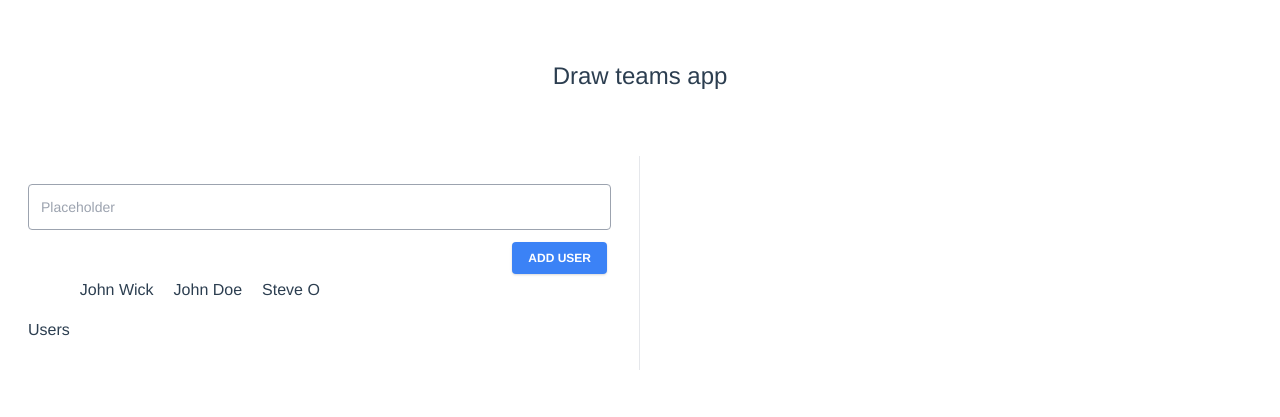
Repository: AlekJanevski/draw-teams-app
Page: /
The author's editor kept a copy of each file at every save. The page is drawn from the files as they stood at one save, then again after the next save.
The browser window is 1280 px wide. The pictures show the whole page.
The project was rebuilt for these pictures with package versions that can differ from the ones it lists, and the page was loaded fresh each time.

Above is the page before, as saved 2021-03-18 21:00:55.

After the next save:
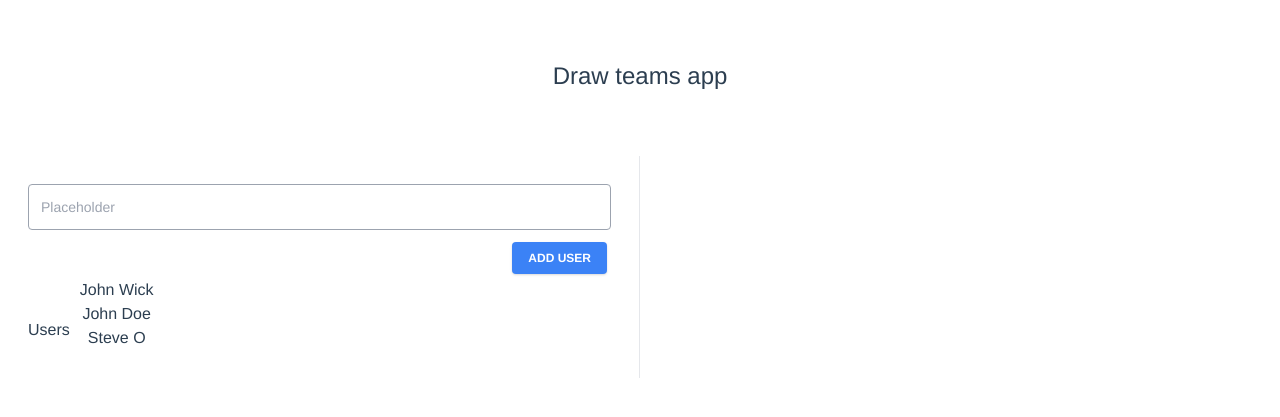
Saved 19 s later.
--- a/src/components/HelloWorld.vue
+++ b/src/components/HelloWorld.vue
@@ -23,7 +23,7 @@
 
       <div v-if="users.length" class="flex items-start justify-start w-full">
         <h3 class="block">Users</h3>
-        <ul>
+        <ul class="flex flex-col">
           <li v-for="(user, id) in users" :key="id">
             {{ user.name }}
           </li>
